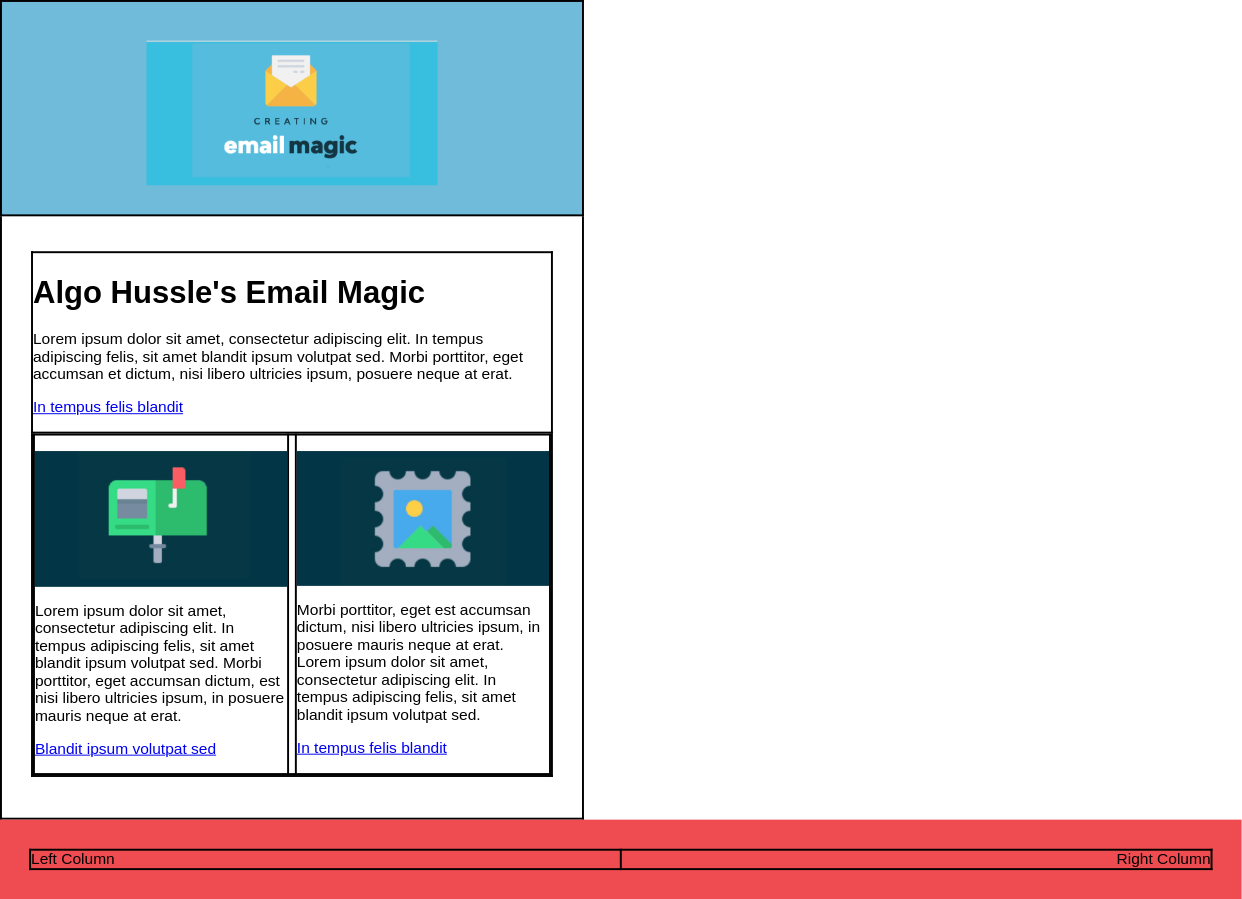
Repository: MikeeBuilds/email-template
Page: index.html
An editor plug-in stored every save of this project. The page is shown before and after a run of saves, followed by the edit.
The browser window is 1280 px wide. The pictures show the whole page, at 97% of full size.

Above is the page before, as saved 2022-11-21 18:12:45.

After the next 2 saves:
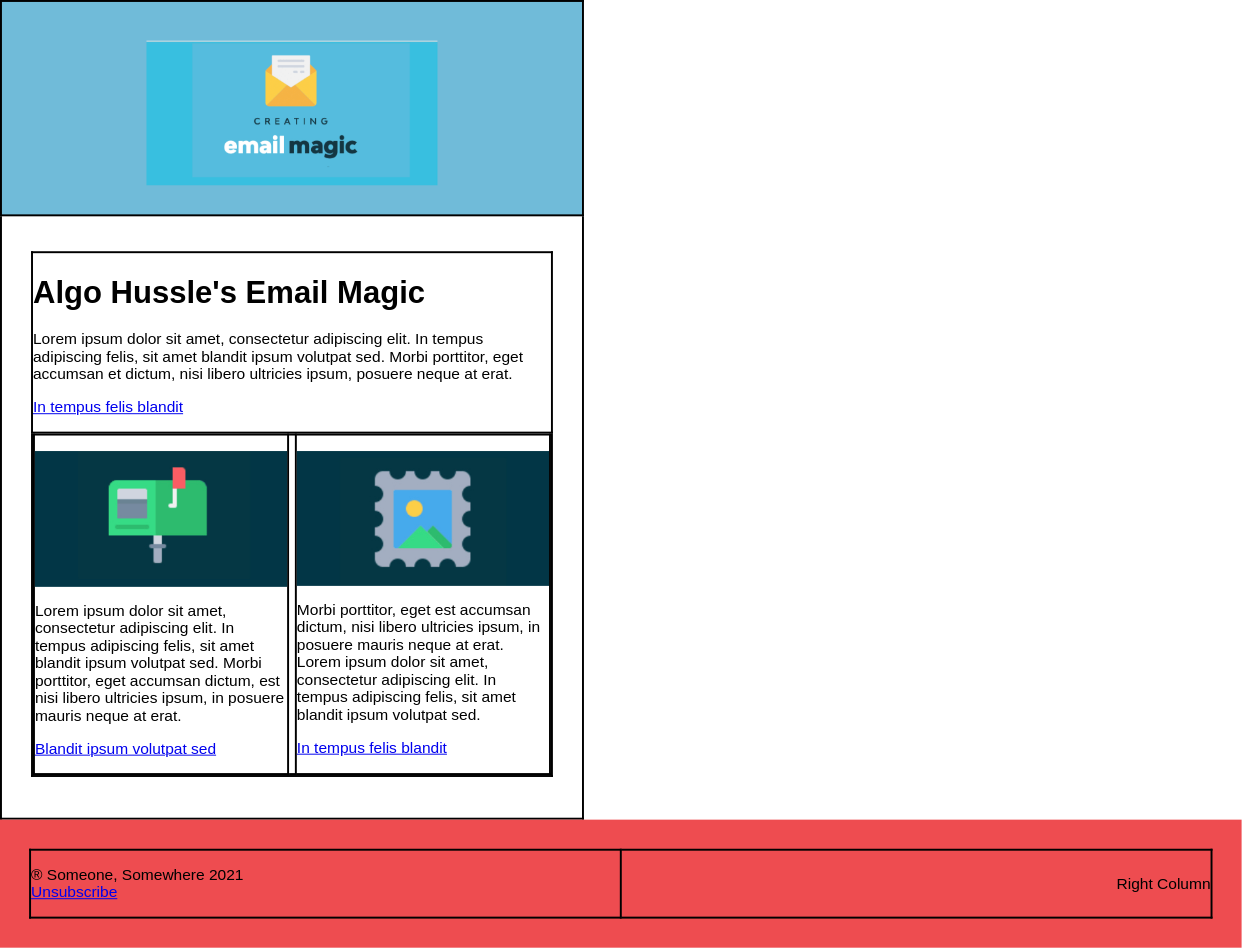
The 2 saves are shown as one change because they came seconds apart.
The last was saved 49 s later.
--- a/index.html
+++ b/index.html
@@ -75,7 +75,7 @@
             <table role="presentation" style="width:100%;border-collapse:collapse;border:0;border-spacing:0;">
                 <tr>
                     <td style="padding:0;width:50%;" align="left">
-                        Left Column
+                        <p>&reg; Someone, Somewhere 2021<br/><a href="http://www.example.com">Unsubscribe</a></p>
                     </td>
                     <td style="padding:0;width:50%;" align="right">
                         Right Column
